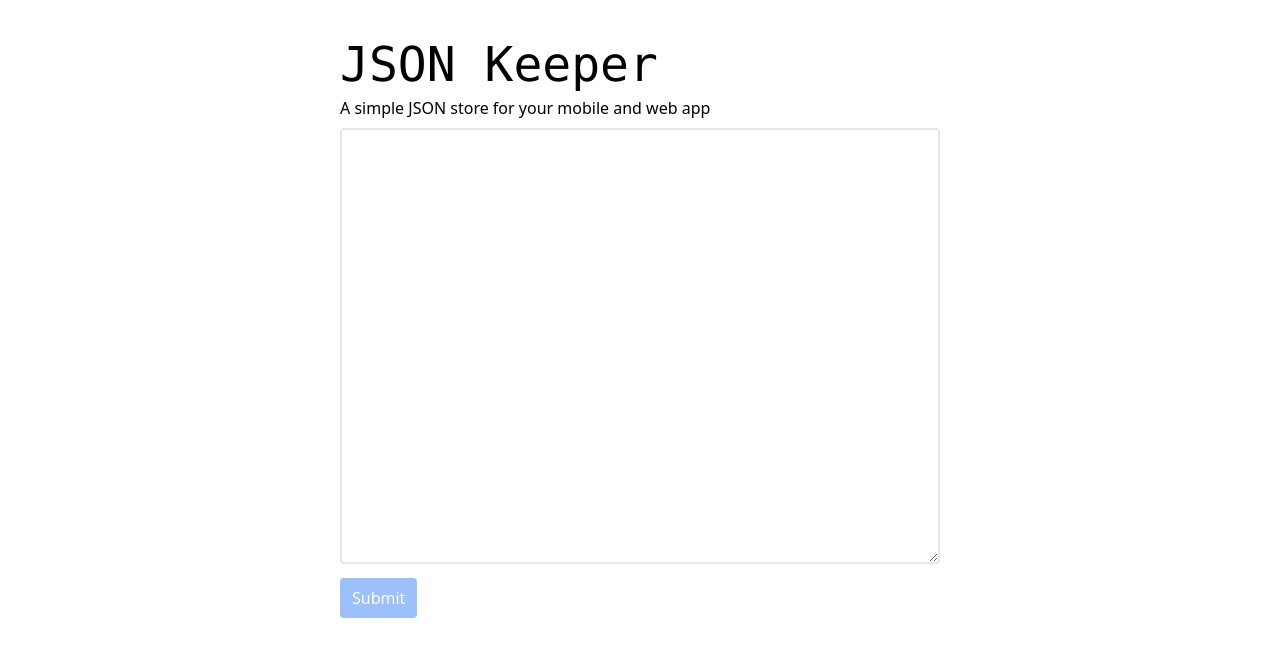
Repository: lakshithapramodya/jsonhub
Page: / (app in client/)
These files come from the project's save history. The page is drawn as it stood at one moment and after the next save; the edit follows.
The browser window is 1280 px wide. The pictures show the whole page.
The page's requests for data from a server got no answer. The project was rebuilt for these pictures with package versions that can differ from the ones it lists, and the page was loaded fresh each time. No one was signed in, and anything a server would have sent is missing. Also part of the build but not shown: client/src/HandleJsonData.js.

Above is the page before, as saved 2023-05-10 12:17:00.

### client/src/index.js
import React from "react";
import ReactDOM from "react-dom/client";
import "./index.css";
import App from "./App";
import { BrowserRouter, Route, Routes } from "react-router-dom";
import HandleJsonData from "./HandleJsonData";

const root = ReactDOM.createRoot(document.getElementById("root"));
root.render(
  <React.StrictMode>
    <BrowserRouter>
      <Routes>
        <Route path="/" element={<App />} />
        <Route path=":url" element={<HandleJsonData />} />
      </Routes>
    </BrowserRouter>
  </React.StrictMode>
);

### client/src/App.js
import { useState } from "react";
import { SERVER_ENDPOINT } from "./config/Default";
import axios from "axios";

function App() {
  const [input, setInput] = useState([]);
  const [url, setUrl] = useState("");

  const sendRequest = async () => {
    const res = await axios
      .post(`${SERVER_ENDPOINT}/api/json`, {
        text: input,
      })
      .then()
      .catch((err) => console.log(err));
    const data = res.data;
    return data;
  };

  const handleSubmit = (e) => {
    e.preventDefault();
    sendRequest().then((res) => {
      console.log(res.url);
      res && setInput([]);
      setUrl(res.url);
    });
  };

  function isJsonString(str) {
    try {
      JSON.parse(str);
    } catch (e) {
      return false;
    }
    return true;
  }

  return (
    <div className="min-w-full min-h-screen flex flex-col">
      {url && (
        <a href={`${SERVER_ENDPOINT}/${url}`}>{`${SERVER_ENDPOINT}/${url}`}</a>
      )}
      <div className="flex flex-col mx-auto mt-10 w-full md:w-1/2 items-center justify-center">
        <form onSubmit={handleSubmit} className="w-full space-y-2 px-5">
          <h1 className="text-5xl font-mono">JSON Keeper</h1>
          <p>A simple JSON store for your mobile and web app</p>
          <textarea
            onChange={(e) => setInput(e.target.value)}
            value={input}
            rows={18}
            className="border-2 w-full rounded"
          />
          <button
            className="bg-blue-500 p-2 px-3 rounded text-white disabled:opacity-50"
            disabled={!isJsonString(input)}
            type="submit"
          >
            Submit
          </button>
        </form>
      </div>
    </div>
  );
}

export default App;

### client/src/config/Default.js
export const SERVER_ENDPOINT =
  process.env.REACT_APP_SERVER_ENDPOINT || "http://localhost:5000";

Loaded but not shown: client/public/index.html (common file); client/src/index.css (common file); client/tailwind.config.js (common file)

After the next save:
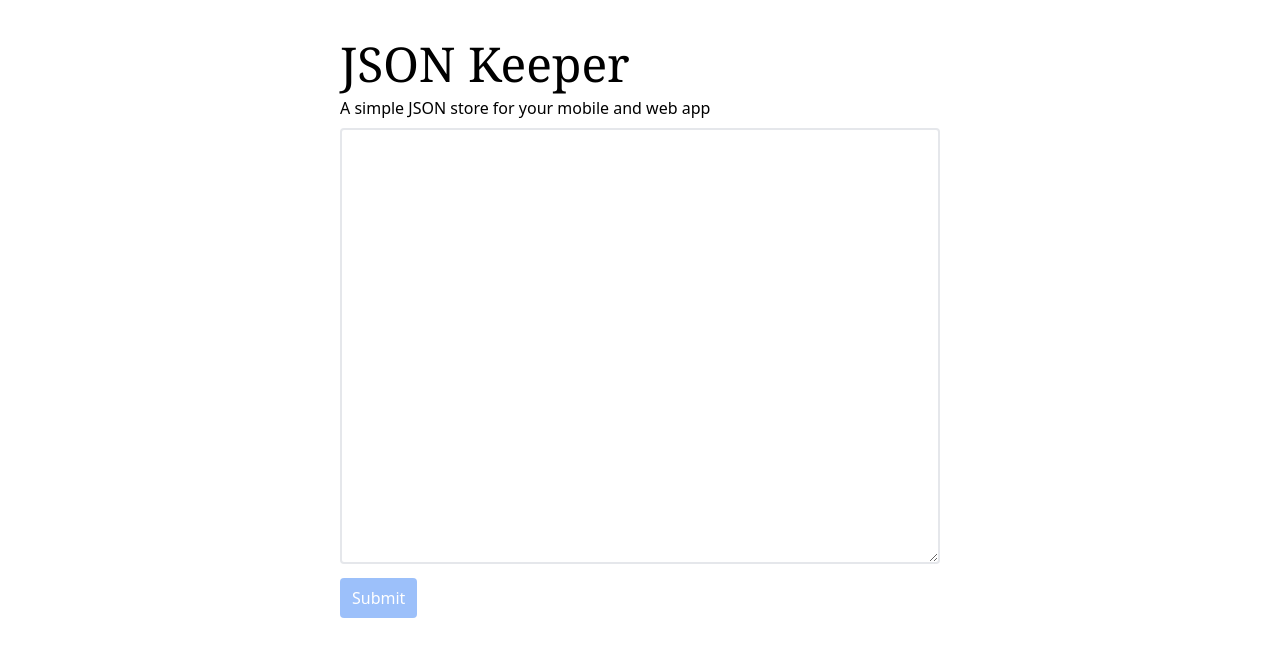
Saved 5 s later.
--- a/client/src/App.js
+++ b/client/src/App.js
@@ -42,7 +42,7 @@
       )}
       <div className="flex flex-col mx-auto mt-10 w-full md:w-1/2 items-center justify-center">
         <form onSubmit={handleSubmit} className="w-full space-y-2 px-5">
-          <h1 className="text-5xl font-mono">JSON Keeper</h1>
+          <h1 className="text-5xl font-serif">JSON Keeper</h1>
           <p>A simple JSON store for your mobile and web app</p>
           <textarea
             onChange={(e) => setInput(e.target.value)}

After the save that followed:
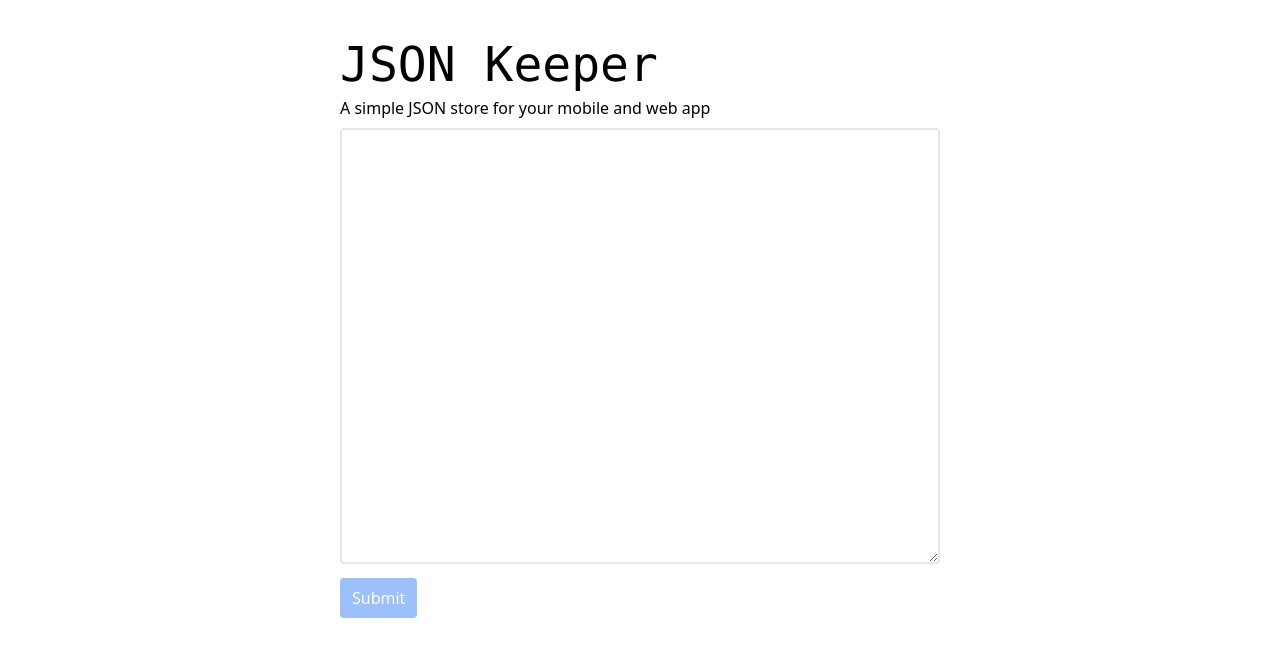
Saved 20 s later.
--- a/client/src/App.js
+++ b/client/src/App.js
@@ -42,7 +42,7 @@
       )}
       <div className="flex flex-col mx-auto mt-10 w-full md:w-1/2 items-center justify-center">
         <form onSubmit={handleSubmit} className="w-full space-y-2 px-5">
-          <h1 className="text-5xl font-serif">JSON Keeper</h1>
+          <h1 className="text-5xl font-mono">JSON Keeper</h1>
           <p>A simple JSON store for your mobile and web app</p>
           <textarea
             onChange={(e) => setInput(e.target.value)}
